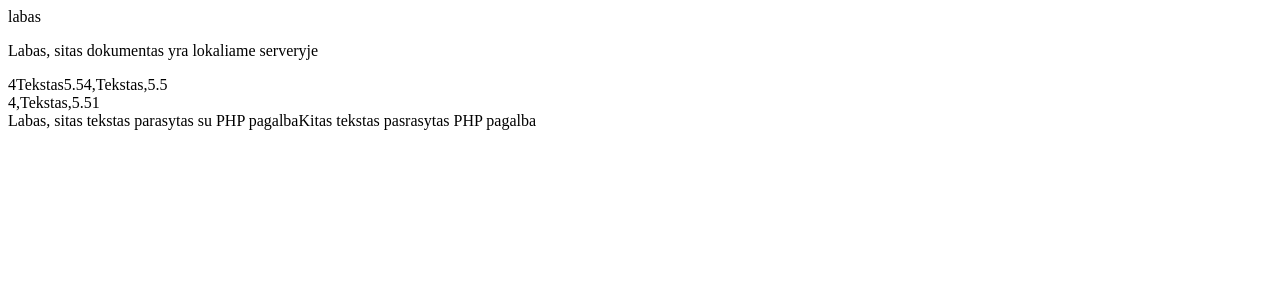
Repository: motiejus1/01-paskaita-PHP-05.31
Page: http://localhost/
These files come from the project's save history. The page is drawn as it stood at one moment and after a run of saves; the edit follows.
The browser window is 1280 px wide. The pictures show the whole page.
The page is run by PHP 8.4 with error messages shown; the project is at /var/www/html/.

Above is the page before, as saved 2021-07-22 20:50:26.

### index.php

    <?php
        echo "labas";
        $skaicius = 4;
    ?>
    <!-- PHP koda -->

    <!-- dokumentas yra pavadintas index.html arba index.php -->

    <p>Labas, sitas dokumentas yra lokaliame serveryje</p>
    <?php
        //Kintamieji

        $tekstas = "Tekstas";
        $sk = 5.5;
        $tiesa = true;
        $melas = false;


        echo $skaicius,$tekstas,$sk; // error?
        //Tarpas tarp kintamuju?
        //Javascript +; tekstas + " " + tekstas = tekstas tekstas
        // Noriu kelti i kita eilute? <br>
        echo $skaicius.",".$tekstas.",".$sk;
        echo "<br>";
        echo $skaicius,",",$tekstas,",",$sk;

        echo $tiesa; //vizualiai nebus atvaizduojamas
        echo $melas; //vizualiai nebus atvaizduojamas

        echo "<br>";
        echo "Labas, sitas tekstas parasytas su PHP pagalba";
        echo "Kitas tekstas pasrasytas PHP pagalba";
    ?>


    <script>

        var kintamasis;
        kintamasis = 5;
        "use strict";
        console.log("labas");
    </script>
</body>
</html>

After the next 2 saves:
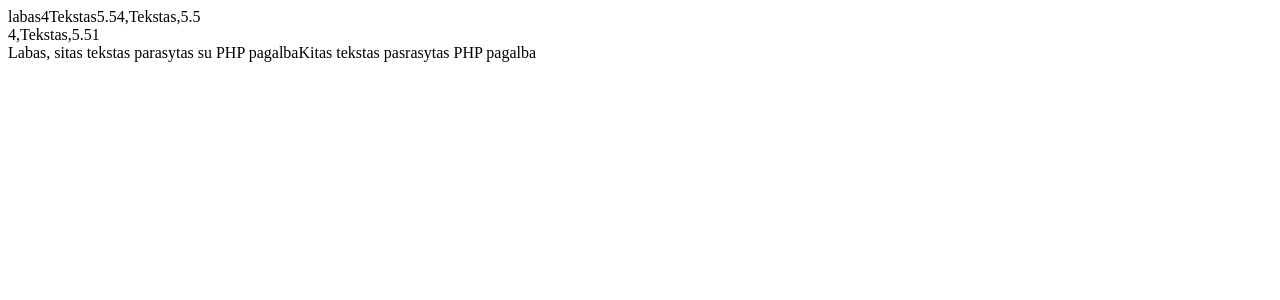
The 2 saves are shown as one change because they came seconds apart.
The last was saved 8 s later.
--- a/index.php
+++ b/index.php
@@ -2,13 +2,8 @@
     <?php
         echo "labas";
         $skaicius = 4;
-    ?>
-    <!-- PHP koda -->
 
-    <!-- dokumentas yra pavadintas index.html arba index.php -->
 
-    <p>Labas, sitas dokumentas yra lokaliame serveryje</p>
-    <?php
         //Kintamieji
 
         $tekstas = "Tekstas";

After the save that followed:
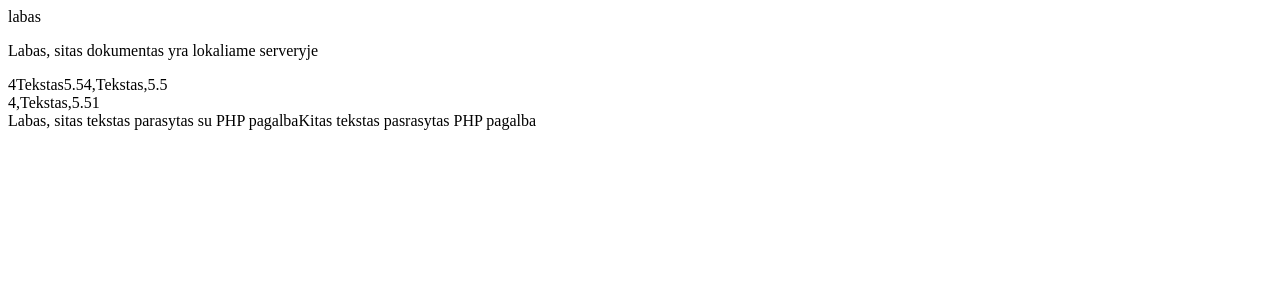
Saved 21 s later.
--- a/index.php
+++ b/index.php
@@ -1,9 +1,24 @@
-
+<!DOCTYPE html>
+<html lang="en">
+<head>
+    <meta charset="UTF-8">
+    <meta http-equiv="X-UA-Compatible" content="IE=edge">
+    <meta name="viewport" content="width=device-width, initial-scale=1.0">
+    <title>01-paskaita PHP</title>
+    <style>
+    </style>
+</head>
+<body>
     <?php
         echo "labas";
         $skaicius = 4;
+    ?>
+    <!-- PHP koda -->
 
+    <!-- dokumentas yra pavadintas index.html arba index.php -->
 
+    <p>Labas, sitas dokumentas yra lokaliame serveryje</p>
+    <?php
         //Kintamieji
 
         $tekstas = "Tekstas";
@@ -12,7 +27,7 @@
         $melas = false;
 
 
-        echo $skaicius,$tekstas,$sk; // error?
+        echo $skaicius,$tekstas,$sk; //
         //Tarpas tarp kintamuju?
         //Javascript +; tekstas + " " + tekstas = tekstas tekstas
         // Noriu kelti i kita eilute? <br>
